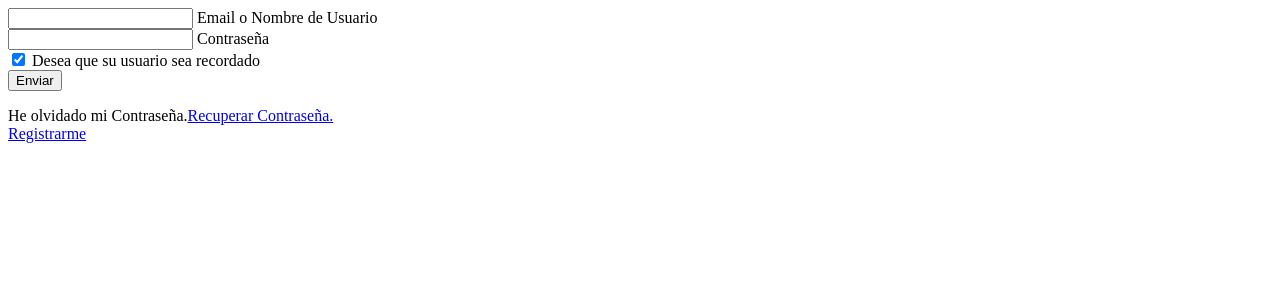
Repository: anderlss04/Blog
Page: http://localhost/View/login/forms/portada.php
The author's editor kept a copy of each file at every save. The page is drawn from the files as they stood at one save, then again after a run of saves.
The browser window is 1280 px wide. The pictures show the whole page.
The page is run by PHP 8.4 with error messages shown; the project is at /var/www/html/.

Above is the page before, as saved 2022-11-14 12:36:06.

After the next 3 saves:
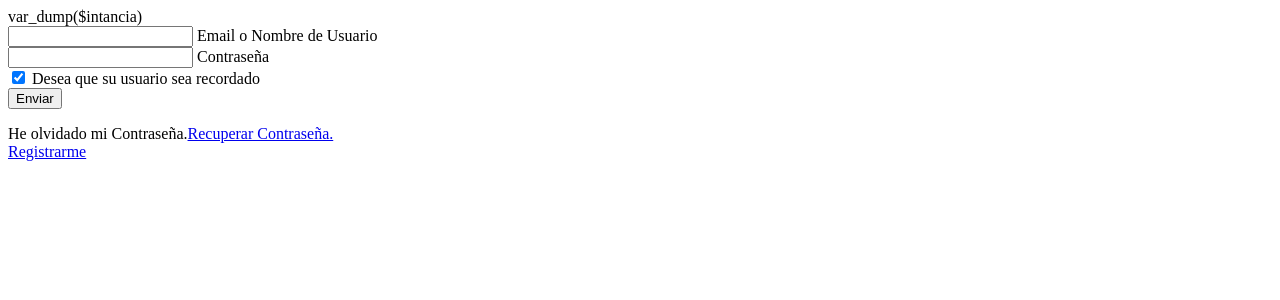
The 3 saves are shown as one change because they came seconds apart.
The last was saved 8 s later.
--- a/View/login/forms/portada.php
+++ b/View/login/forms/portada.php
@@ -1,5 +1,6 @@
 
 <form action="" method="post">
+    var_dump($intancia)
 
     <div class="form-outline mb-4">
         <input type="text" id="formUsername" class="form-control" />
